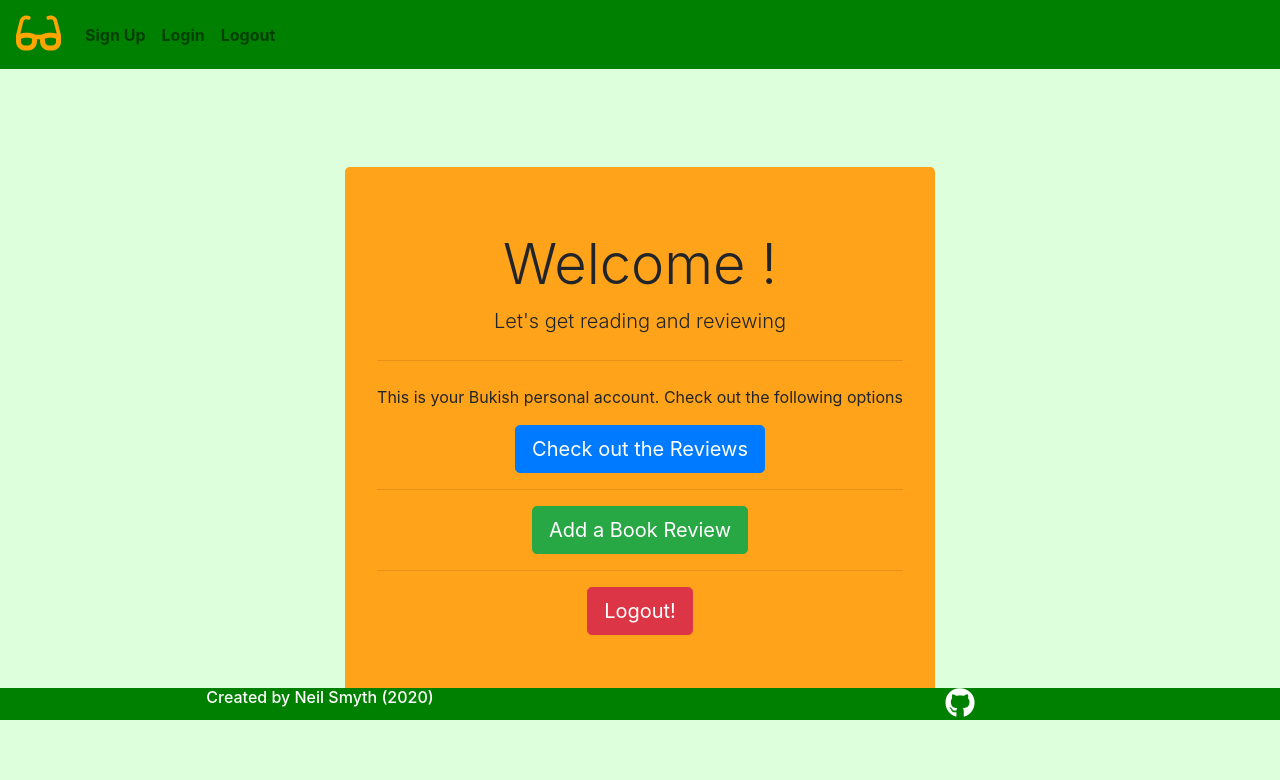
Repository: NeiloErnesto89/Data_Centric_Dev_Milestone_Project3
Page: templates/bio.html
The author's editor kept a record of every edit. The page is drawn from the files as they stood at one moment, then again after the next edit.
The browser window is 1280 px wide. The pictures show the whole page.
Some web libraries are served in a nearby version. The template is drawn by Flask 3. The application's start-up code is not run. The template is opened directly, without the code that normally fills it, so the values that code supplies are empty.

Above is the page before.

After the next edit:
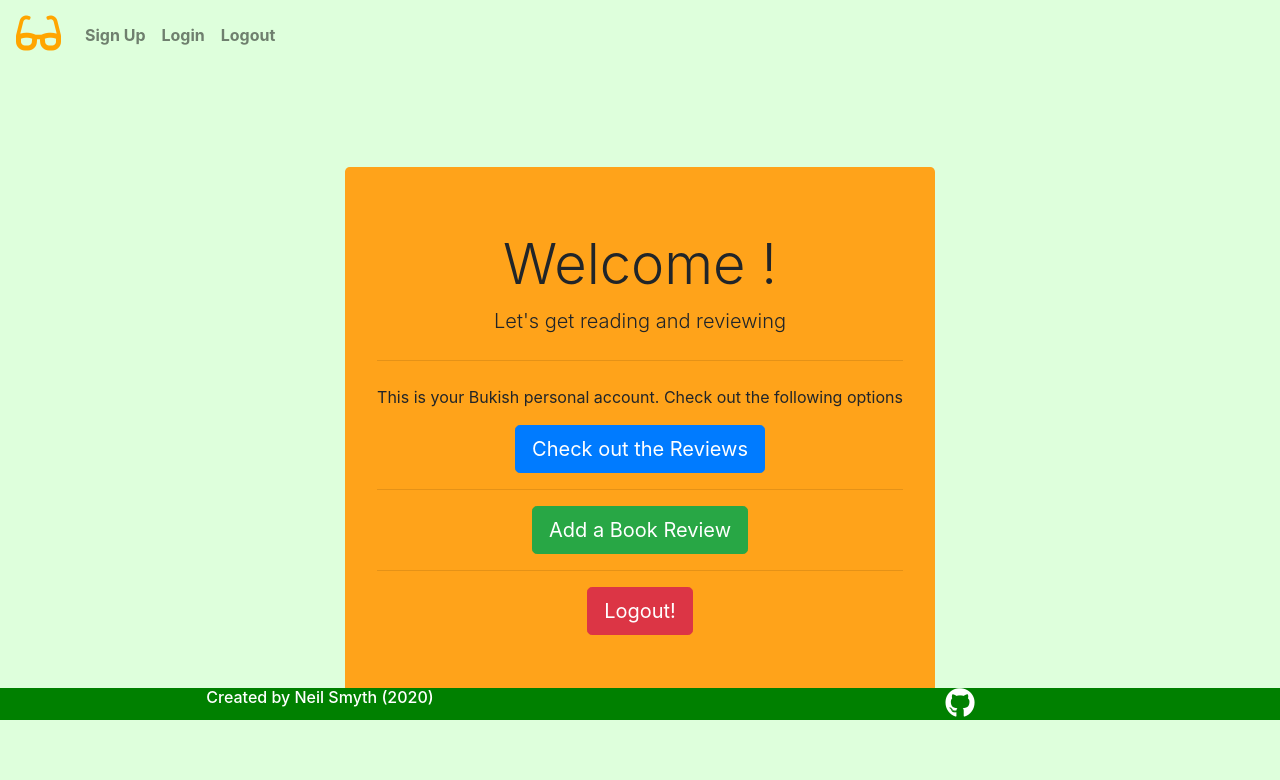
The edit:
--- a/static/css/style.css
+++ b/static/css/style.css
@@ -14,20 +14,7 @@
     position: relative;
     overflow-x: hidden;
 
-.nav-container {
 
-  position: fixed;
-  width: 100%;
-  z-index: 1;
-  top: 0;
-  left: 0;
-  padding-left: 0;
-  padding-right: 0;
-  margin-left: 0;
-  margin-right: 0;
-}
-
-/*
 .nav-container {
   position: sticky;
   width: 100%;

After the edit that followed:
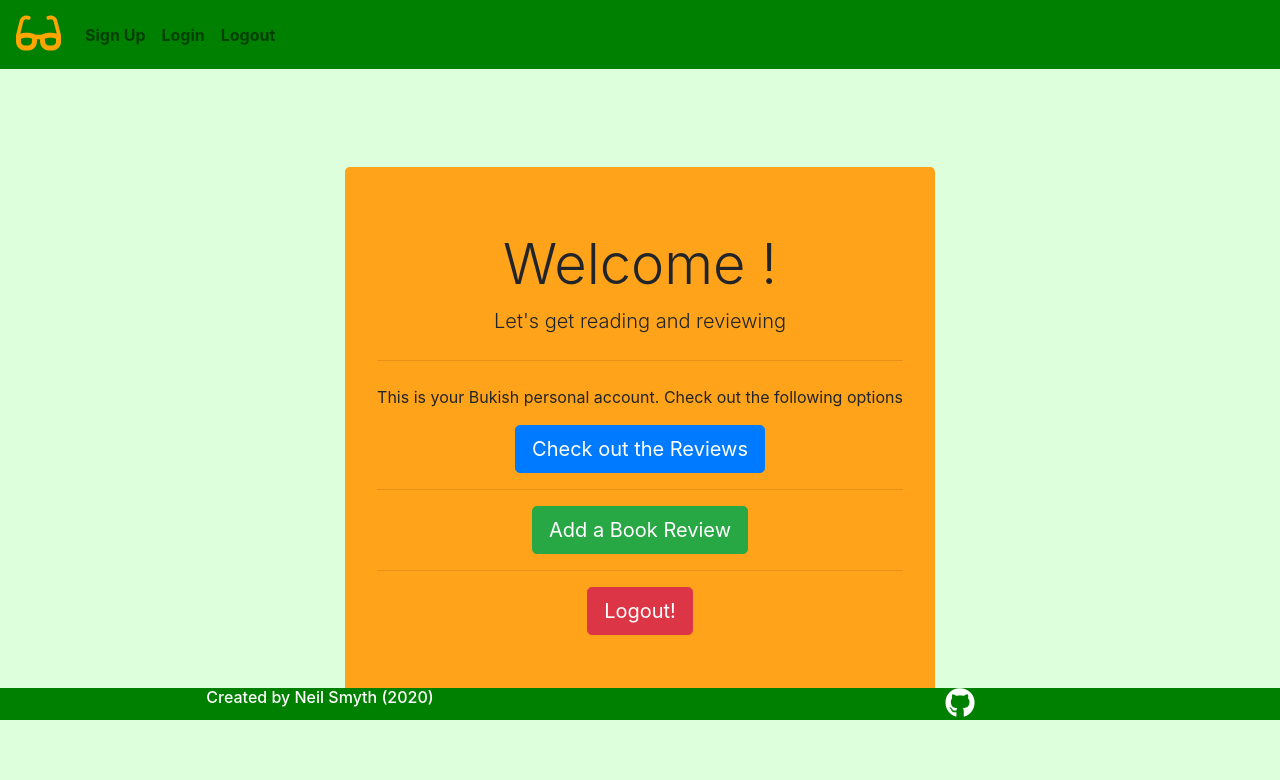
The edit:
--- a/static/css/style.css
+++ b/static/css/style.css
@@ -23,7 +23,6 @@
   left: 0;
   padding: 0;
 }
-*/
 
 .navbar {
   background-color: green;
